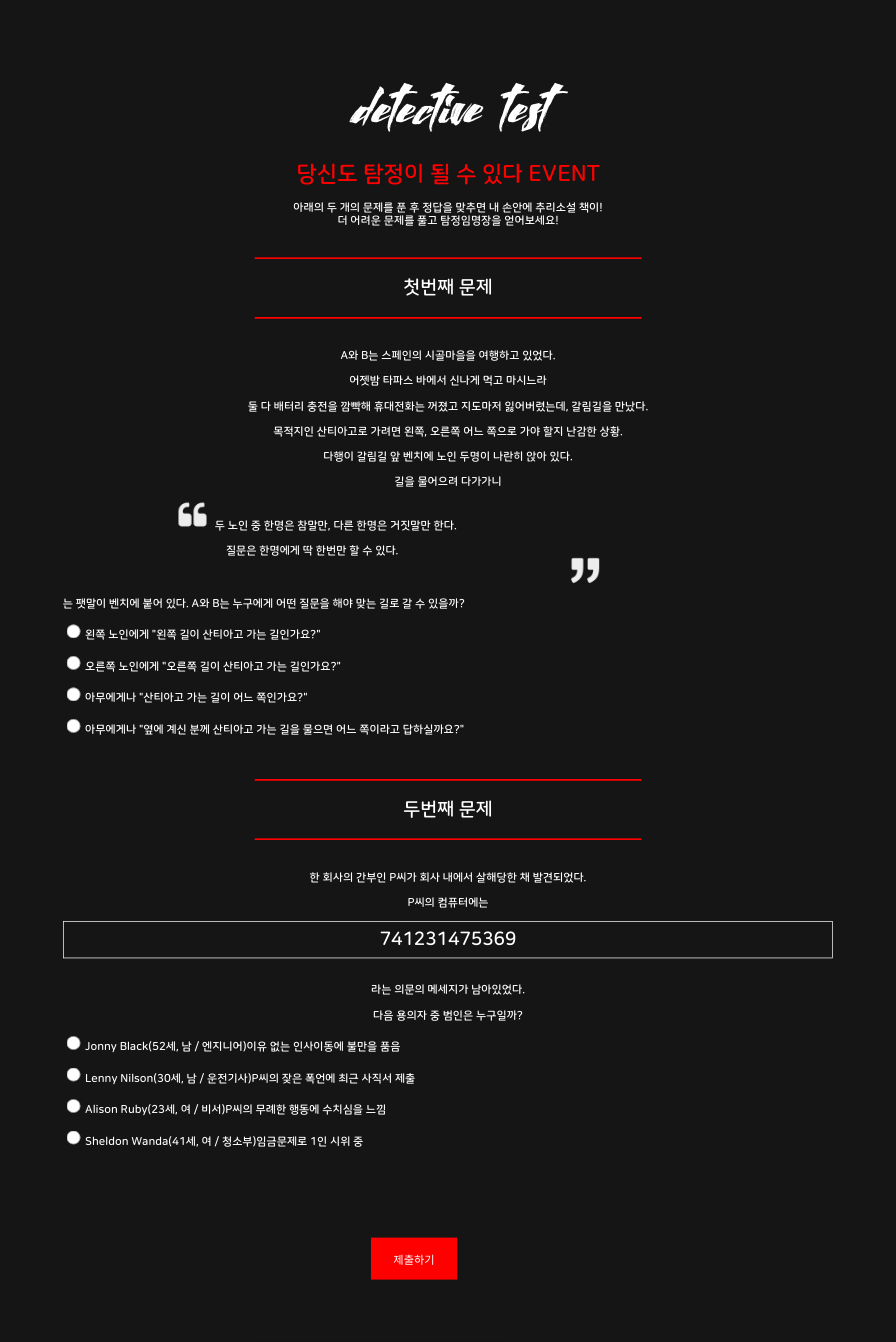
Repository: minkyung0421/Event_Project
Page: http://localhost/Event/quiz.jsp
The author's editor kept a copy of each file at every save. The page is drawn from the files as they stood at one save, then again after the next save.
The browser window is 1280 px wide. The pictures show the whole page, at 70% of full size.
The page is served by Tomcat 9.

Above is the page before, as saved 2018-09-04 14:34:18.
Console error: SyntaxError: Invalid or unexpected token

### Event_Project/Event/WebContent/quiz.jsp
<%@ page language="java" contentType="text/html; charset=UTF-8"
    pageEncoding="UTF-8"%>
<!DOCTYPE html PUBLIC "-//W3C//DTD HTML 4.01 Transitional//EN" "http://www.w3.org/TR/html4/loose.dtd">
<html>
<head>
<meta http-equiv="Content-Type" content="text/html; charset=UTF-8">
<title>EVENT</title>
<style>
@font-face{
	font-family: 'Calligraphy Personal Use'; src:url('font/Calligraphy Personal Use.ttf');
}
@font-face{font-family:'NANUMSQUAREROUNDL'; src:url('font/NANUMSQUAREROUNDL.TTF')}
@font-face{font-family:'NANUMSQUAREROUNDB'; src:url('font/NANUMSQUAREROUNDB.TTF')}

body{
	margin:7%;
	padding:0px;
	font-family:'NANUMSQUAREROUNDB';
	background-color: #151515;
	color: white;
}

button{
  background:red;
  color:#fff;
  border:none;
  position:relative;
  height:60px;
  font-size:1em;
  padding:0 2em;
  cursor:pointer;
  transition:800ms ease all;
  outline:none;
}
button:hover{
  background:#151515;
  color:white;
}
button:before,button:after{
  content:'';
  position:absolute;
  top:0;
  right:0;
  height:2px;
  width:0;
  background: red;
  transition:400ms ease all;
}
button:after{
  right:inherit;
  top:inherit;
  left:0;
  bottom:0;
}
button:hover:before,button:hover:after{
  width:100%;
  transition:800ms ease all;
}

</style>
</head>

<body>
<form action = "quiz_result.jsp" method="post" name = "Myform">
<center><div style = "font-family: Calligraphy Personal Use; font-size: 90pt; margin-top:5%">detective test</div></center>

<center><h1 style = "color:red">당신도 탐정이 될 수 있다 EVENT</h1>
<div style = "color: white;">아래의 두 개의 문제를 푼 후 정답을 맞추면 내 손안에 추리소설 책이! <br>
더 어려운 문제를 풀고 탐정임명장을 얻어보세요!</div>
<br><br>
<hr color="red" style = "width: 50%">
<br>
<div style = "font-size: 20pt;">첫번째 문제</div>
<br>
<hr color="red" style = "width: 50%">
<br>
<br>
</center>
<center>
A와 B는 스페인의 시골마을을 여행하고 있었다. <br><br>
어젯밤 타파스 바에서 신나게 먹고 마시느라 <br><br> 둘 다 배터리 충전을 깜빡해
휴대전화는 꺼졌고 지도마저 잃어버렸는데, 갈림길을 만났다.<br><br>
목적지인 산티아고로 가려면 왼쪽, 오른쪽 어느 쪽으로 가야 할지 난감한 상황. <br><br>
다행이 갈림길 앞 벤치에 노인 두명이 나란히 앉아 있다. <br><br>길을 물어으려 다가가니<br><br> </center>
<div style = "margin-left:15%;"><img src ="img/quote-left.png" widt=40px height=40px>&nbsp;&nbsp;
두 노인 중 한명은 참말만, 다른 한명은 거짓말만 한다.<br><br>&nbsp;&nbsp;&nbsp;&nbsp;&nbsp;&nbsp;&nbsp;
&nbsp;&nbsp;&nbsp;&nbsp;&nbsp;&nbsp;&nbsp;&nbsp;&nbsp;질문은 한명에게 딱 한번만 할 수 있다.<br><img src ="img/right-quote-sign.png" widt=40px height=40px style = "margin-left:60%;"></div><br>
는 팻말이 벤치에 붙어 있다. A와 B는 누구에게 어떤 질문을 해야 맞는 길로 갈 수 있을까?<br><br>


	<label><input type = "radio" name = "quiz1" value = "1" style="width:20px;height:20px;"> 왼쪽 노인에게 "왼쪽 길이 산티아고 가는 길인가요?"</label><br><br>
	<label><input type = "radio" name = "quiz1" value = "2" style="width:20px;height:20px;"> 오른쪽 노인에게 "오른쪽 길이 산티아고 가는 길인가요?"</label><br><br>
	<label><input type = "radio" name = "quiz1" value = "3" style="width:20px;height:20px;"> 아무에게나 "산티아고 가는 길이 어느 쪽인가요?"</label><br><br>
	<label><input type = "radio" name = "quiz1" value = "4" style="width:20px;height:20px;"> 아무에게나 "옆에 계신 분께 산티아고 가는 길을 물으면 어느 쪽이라고 답하실까요?"</label><br><br>

<center>
<br><br>
<hr color="red" style = "width: 50%; ">
<br>
<div style = "font-size: 20pt;">두번째 문제</div>
<br>
<hr color="red" style = "width: 50%;">
<br>
<br>
한 회사의 간부인 P씨가 회사 내에서 살해당한 채 발견되었다.<br><br>
P씨의 컴퓨터에는<br><br>
 <div style="border:1px solid; padding:10px; font-size: 20pt"> 741231475369 </div><br><br>
 라는 의문의 메세지가 남아있었다.<br><br>
 다음 용의자 중 범인은 누구일까? <br><br>
 </center>
	<label><input type = "radio" name = "quiz2" value = "1" style="width:20px;height:20px;"> Jonny Black(52세, 남 / 엔지니어)이유 없는 인사이동에 불만을 품음</label><br><br>
	<label><input type = "radio" name = "quiz2" value = "2" style="width:20px;height:20px;"> Lenny Nilson(30세, 남 / 운전기사)P씨의 잦은 폭언에 최근 사직서 제출</label><br><br>
	<label><input type = "radio" name = "quiz2" value = "3" style="width:20px;height:20px;"> Alison Ruby(23세, 여 / 비서)P씨의 무례한 행동에 수치심을 느낌</label><br><br>
	<label><input type = "radio" name = "quiz2" value = "4" style="width:20px;height:20px;"> Sheldon Wanda(41세, 여 / 청소부)임금문제로 1인 시위 중</label><br><br>


	<button name = "button" style = "margin-left: 40%; margin-top:10%">제출하기</button>
</form>

</body>
<script language="javascript">
var chk_radio = document.getElementsByName('quiz1');
var chk_radio2 = document.getElementsByName('quiz2');

var sel_type = null;
var sel_type2 = null;

for(var i=0;i<chk_radio.length;i++){

	if(chk_radio[i].checked == true && chk_radio2[i].checked == true){

		sel_type = chk_radio[i].value;
		sel_type2 = chk_radio2[i].value;

	}

}

if(sel_type == null && sel_type2 == null ){

      alert("문제의 답을 다 하지 않았습니다!);

	return false;
}else if(sel_type == null && sel_type2 == true ){
	alert("문제의 답을 다 하지 않았습니다!);

			return false;
}else if(sel_type == true && sel_type2 == null){
	alert("문제의 답을 다 하지 않았습니다!);

			return false;
}
</script>
</html>

After the next save:
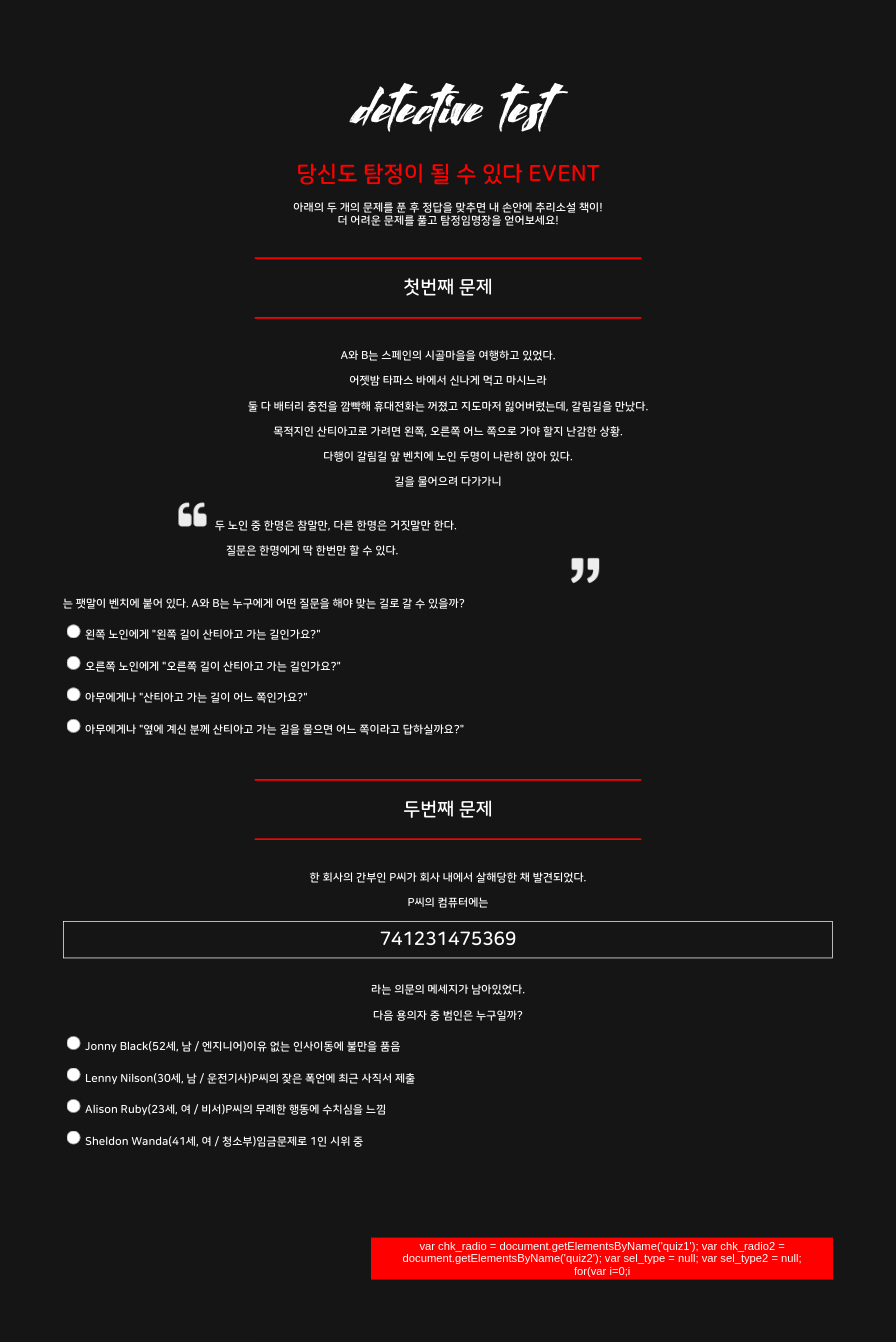
Console error (its wording comes from the project's code and is left out).
Saved 2 min 8 s later.
--- a/Event_Project/Event/WebContent/quiz.jsp
+++ b/Event_Project/Event/WebContent/quiz.jsp
@@ -114,7 +114,7 @@
 	<label><input type = "radio" name = "quiz2" value = "4" style="width:20px;height:20px;"> Sheldon Wanda(41세, 여 / 청소부)임금문제로 1인 시위 중</label><br><br>
 
 
-	<button name = "button" style = "margin-left: 40%; margin-top:10%">제출하기</button>
+	<button name = "button" style = "margin-left: 40%; margin-top:10%" onClick="javascript:onSubmit();>제출하기</button>
 </form>
 
 </body>

After the save that followed:
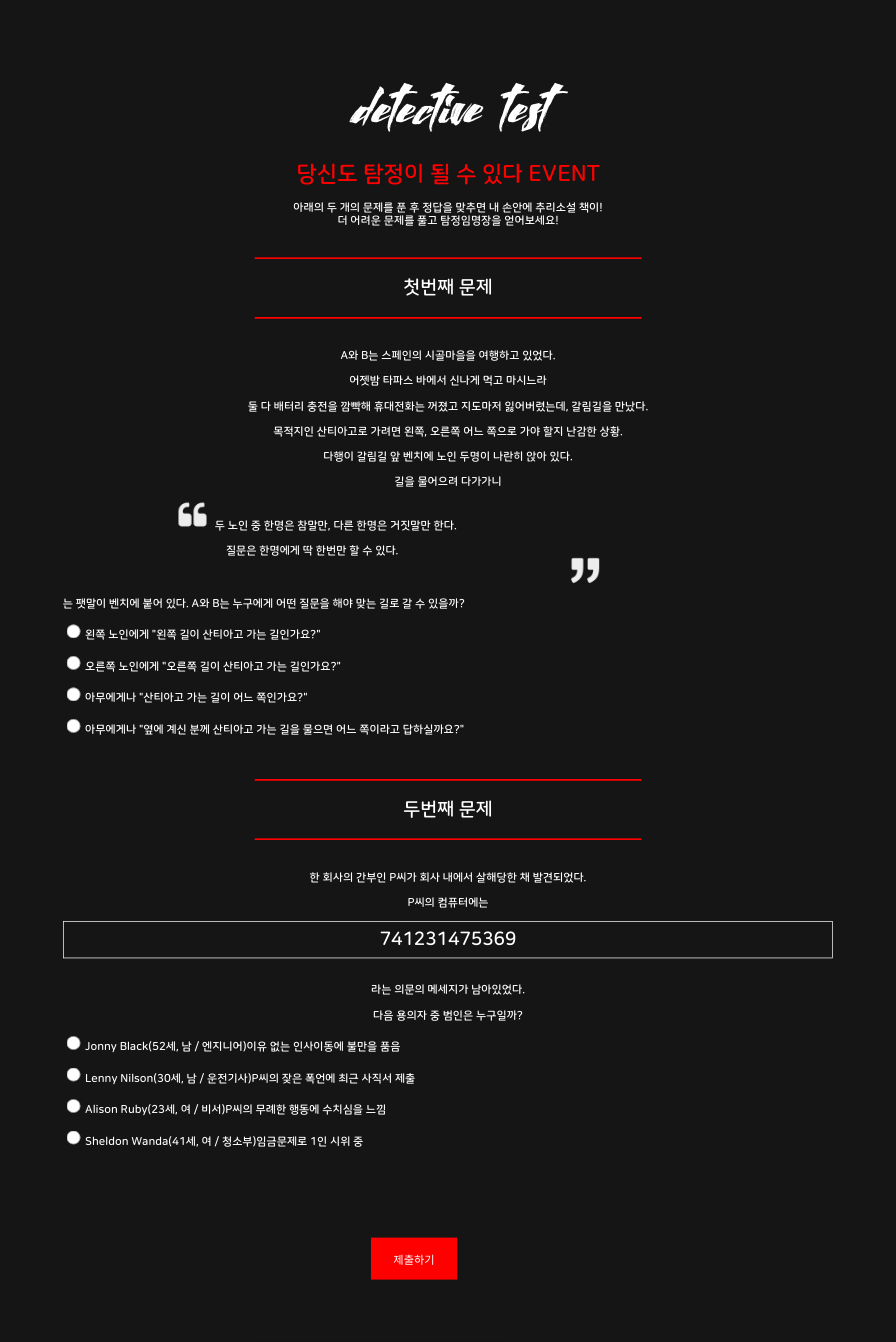
Console error: SyntaxError: Invalid or unexpected token
Saved 12 s later.
--- a/Event_Project/Event/WebContent/quiz.jsp
+++ b/Event_Project/Event/WebContent/quiz.jsp
@@ -114,7 +114,7 @@
 	<label><input type = "radio" name = "quiz2" value = "4" style="width:20px;height:20px;"> Sheldon Wanda(41세, 여 / 청소부)임금문제로 1인 시위 중</label><br><br>
 
 
-	<button name = "button" style = "margin-left: 40%; margin-top:10%" onClick="javascript:onSubmit();>제출하기</button>
+	<button name = "button" style = "margin-left: 40%; margin-top:10%" onClick="javascript:onSubmit();">제출하기</button>
 </form>
 
 </body>
